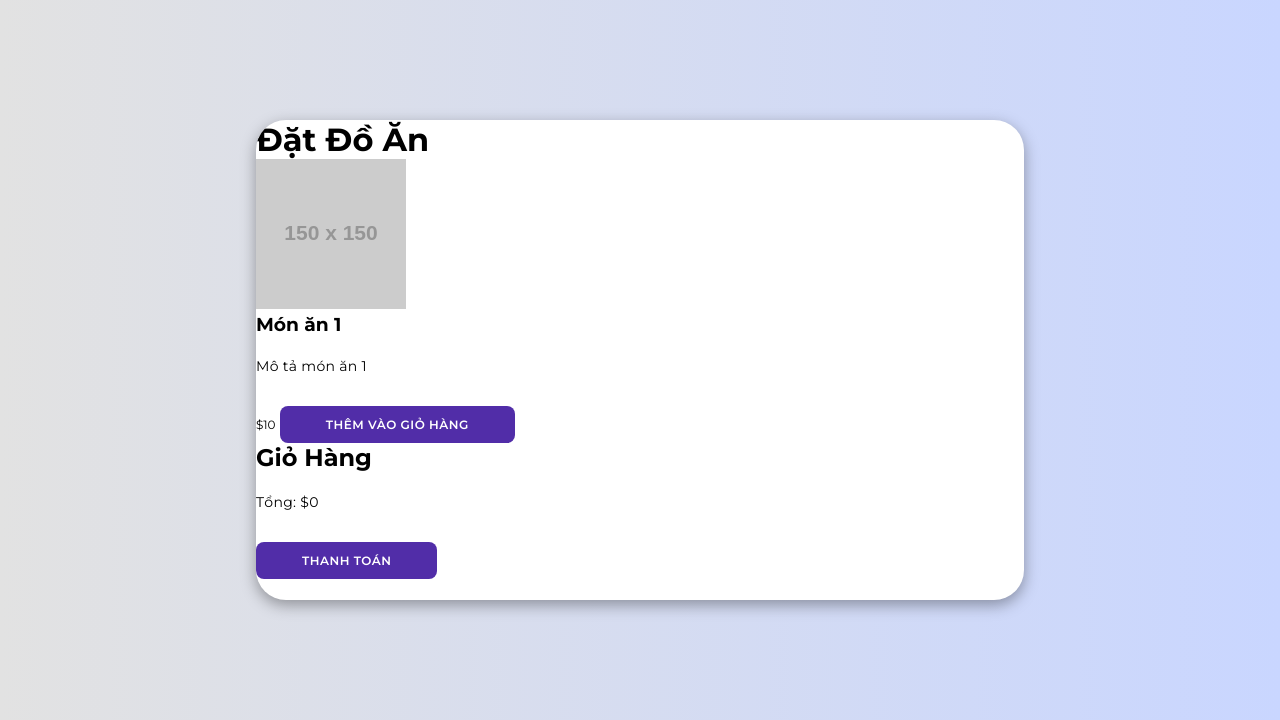
Repository: Tuananhdeptrai723/dientoandammay
Page: http://localhost/main/main.php
These files come from the project's save history. The page is drawn as it stood at one moment and after the next save; the edit follows.
The browser window is 1280 px wide. The pictures show the whole page.
The page is run by PHP 8.4 with error messages shown; the project is at /var/www/html/.

Above is the page before, as saved 2024-06-04 18:09:18.
Console error: TypeError: Cannot read properties of null (reading 'addEventListener')

### main/main.php
<!DOCTYPE html>
<html lang="en">
<head>
  <meta charset="UTF-8">
  <meta name="viewport" content="width=device-width, initial-scale=1.0">
  <title>Đặt Đồ Ăn</title>
  <link rel="stylesheet" href="./style.css">
</head>
<body>
  <div class="container">
    <h1>Đặt Đồ Ăn</h1>
    <div class="menu">
      <div class="menu-item">
        <img src="https://via.placeholder.com/150" alt="Món ăn 1">
        <h3>Món ăn 1</h3>
        <p>Mô tả món ăn 1</p>
        <span class="price">$10</span>
        <button class="add-to-cart">Thêm vào giỏ hàng</button>
      </div>
      <!-- Thêm các món ăn khác tương tự -->
    </div>
    <div class="cart">
      <h2>Giỏ Hàng</h2>
      <ul class="cart-items"></ul>
      <p class="total">Tổng: $0</p>
      <button class="checkout">Thanh Toán</button>
    </div>
  </div>
  <script src="script.js"></script>
</body>
</html>

### style.css
@import url("https://fonts.googleapis.com/css2?family=Montserrat:wght@300;400;500;600;700&display=swap");

* {
  margin: 0;
  padding: 0;
  box-sizing: border-box;
  font-family: "Montserrat", sans-serif;
}

body {
  background-color: #c9d6ff;
  background: linear-gradient(to right, #e2e2e2, #c9d6ff);
  display: flex;
  align-items: center;
  justify-content: center;
  flex-direction: column;
  height: 100vh;
  font-family: system-ui, -apple-system, BlinkMacSystemFont, "Segoe UI", Roboto,
    Oxygen, Ubuntu, Cantarell, "Open Sans", "Helvetica Neue", sans-serif;
}

.container {
  background-color: #fff;
  border-radius: 30px;
  box-shadow: 0 5px 15px rgba(0, 0, 0, 0.35);
  position: relative;
  overflow: hidden;
  width: 768px;
  max-width: 100%;
  min-height: 480px;
}

.container p {
  font-size: 14px;
  line-height: 20px;
  letter-spacing: 0.3px;
  margin: 20px 0;
}

.container span {
  font-size: 12px;
}

.container a {
  color: #333;
  font-size: 13px;
  text-decoration: none;
  margin: 15px 0 10px;
}

.container button {
  background-color: #512da8;
  color: #fff;
  font-size: 12px;
  padding: 10px 45px;
  border: 1px solid transparent;
  border-radius: 8px;
  font-weight: 600;
  letter-spacing: 0.5px;
  text-transform: uppercase;
  margin-top: 10px;
  cursor: pointer;
}

.container button.hidden {
  background-color: transparent;
  border-color: #fff;
}

.container form {
  background-color: #fff;
  display: flex;
  align-items: center;
  justify-content: center;
  flex-direction: column;
  padding: 0 40px;
  height: 100%;
}

.container input {
  background-color: #eee;
  border: none;
  margin: 8px 0;
  padding: 10px 15px;
  font-size: 13px;
  border-radius: 8px;
  width: 100%;
  outline: none;
}

.form-container {
  position: absolute;
  top: 0;
  height: 100%;
  transition: all 0.6s ease-in-out;
}

.sign-in {
  left: 0;
  width: 50%;
  z-index: 2;
}

.container.active .sign-in {
  transform: translateX(100%);
}

.sign-up {
  left: 0;
  width: 50%;
  opacity: 0;
  z-index: 1;
}

.container.active .sign-up {
  transform: translateX(100%);
  opacity: 1;
  z-index: 5;
  animation: move 0.6s;
}

@keyframes move {
  0%,
  49.99% {
    opacity: 0;
    z-index: 1;
  }
  50%,
  100% {
    opacity: 1;
    z-index: 5;
  }
}

.social-icons {
  margin: 20px 0;
}

.social-icons a {
  border: 1px solid #ccc;
  border-radius: 20%;
  display: inline-flex;
  justify-content: center;
  align-items: center;
  margin: 0 3px;
  width: 40px;
  height: 40px;
}

.toggle-container {
  position: absolute;
  top: 0;
  left: 50%;
  width: 50%;
  height: 100%;
  overflow: hidden;
  transition: all 0.6s ease-in-out;
  border-radius: 150px 0 0 100px;
  z-index: 1000;
}

.container.active .toggle-container {
  transform: translateX(-100%);
  border-radius: 0 150px 100px 0;
}

.toggle {
  background-color: #512da8;
  height: 100%;
  background: linear-gradient(to right, #5c6bc0, #512da8);
  color: #fff;
  position: relative;
  left: -100%;
  height: 100%;
  width: 200%;
  transform: translateX(0);
  transition: all 0.6s ease-in-out;
}

.container.active .toggle {
  transform: translateX(50%);
}

.toggle-panel {
  position: absolute;
  width: 50%;
  height: 100%;
  display: flex;
  align-items: center;
  justify-content: center;
  flex-direction: column;
  padding: 0 30px;
  text-align: center;
  top: 0;
  transform: translateX(0);
  transition: all 0.6s ease-in-out;
}

.toggle-left {
  transform: translateX(-200%);
}

.container.active .toggle-left {
  transform: translateX(0);
}

.toggle-right {
  right: 0;
  transform: translateX(0);
}

.container.active .toggle-right {
  transform: translateX(200%);
}

Loaded but not shown: script.js (common file); main/main.css (no stored copy; drawn as an empty file)

After the next save:
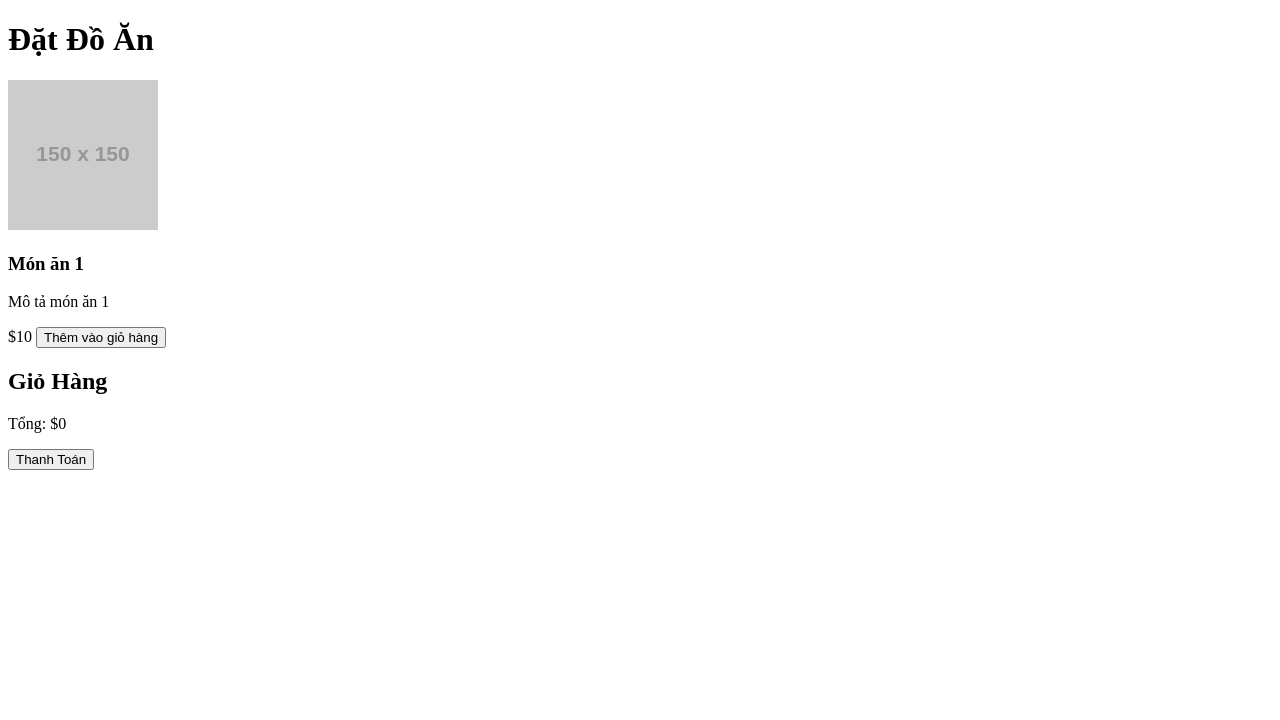
Saved 6 s later.
--- a/main/main.php
+++ b/main/main.php
@@ -4,7 +4,7 @@
   <meta charset="UTF-8">
   <meta name="viewport" content="width=device-width, initial-scale=1.0">
   <title>Đặt Đồ Ăn</title>
-  <link rel="stylesheet" href="./style.css">
+  <link rel="stylesheet" href="./main.css">
 </head>
 <body>
   <div class="container">
